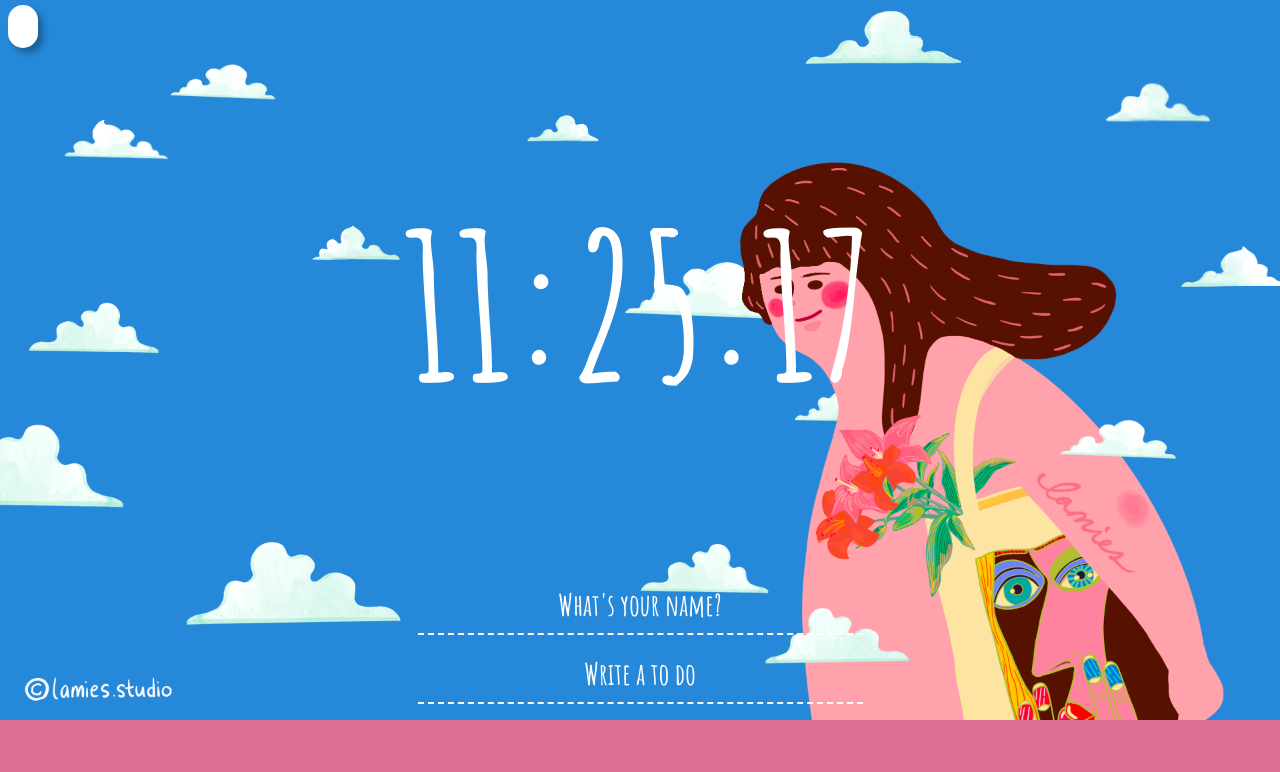
Repository: haleyjung/chrome_app
Page: index.html
These files come from the project's save history. The page is drawn as it stood at one moment and after the next save; the edit follows.
The browser window is 1280 px wide. The pictures show the whole page.

Above is the page before, as saved 2020-11-23 17:16:05.

After the next save:
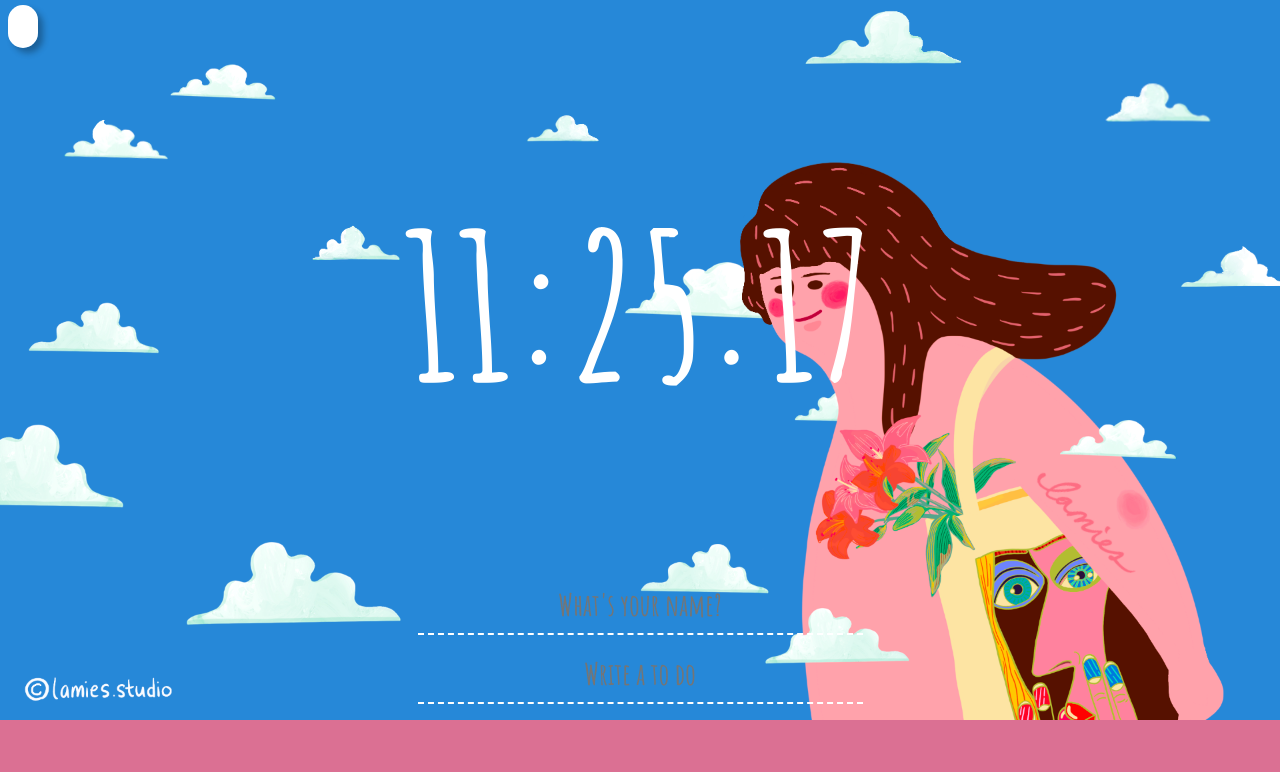
Saved 52 s later.
--- a/index.css
+++ b/index.css
@@ -65,12 +65,14 @@
 
 input[type="text"] {
   font-size: 30px;
-}
-
-input::placeholder {
   text-align: center;
   color: white;
 }
+
+/* input::placeholder {
+  text-align: center;
+  color: white;
+} */
 
 .form,
 .greetings {

After the save that followed:
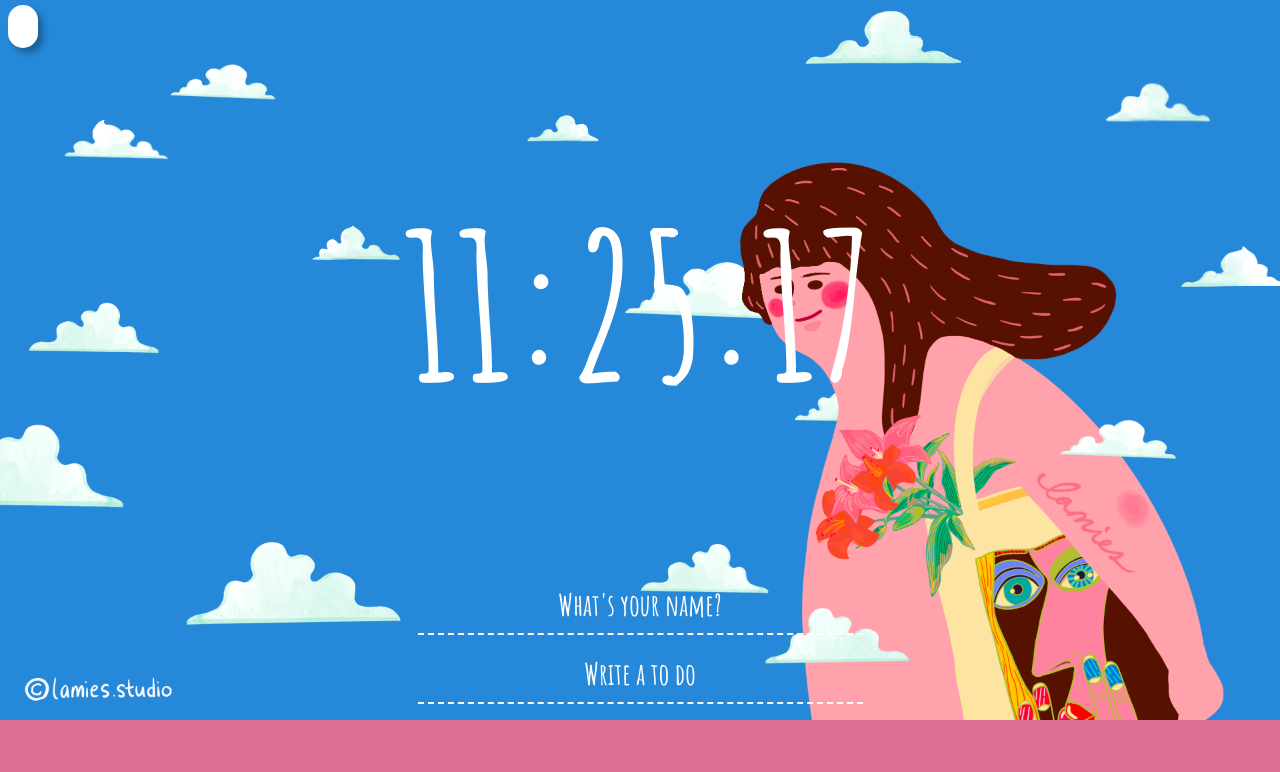
Saved 10 s later.
--- a/index.css
+++ b/index.css
@@ -65,14 +65,12 @@
 
 input[type="text"] {
   font-size: 30px;
+}
+
+input::placeholder {
   text-align: center;
   color: white;
 }
-
-/* input::placeholder {
-  text-align: center;
-  color: white;
-} */
 
 .form,
 .greetings {
